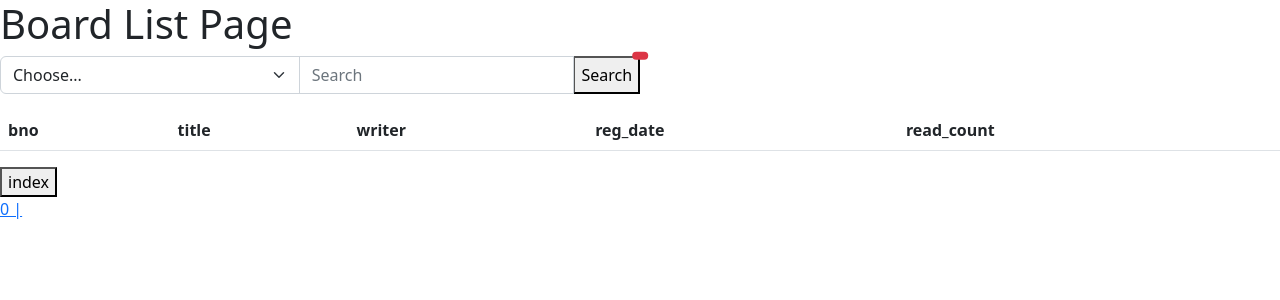
Repository: dhalfks/jsp_230602
Page: http://localhost/jsp_project/board/list.jsp
The author's editor kept a copy of each file at every save. The page is drawn from the files as they stood at one save, then again after the next save.
The browser window is 1280 px wide. The pictures show the whole page.
The page is served by Tomcat 9. The template is opened directly, without the code that normally fills it, so the values that code supplies are empty.

Above is the page before, as saved 2023-05-24 06:13:14.

After the next save:
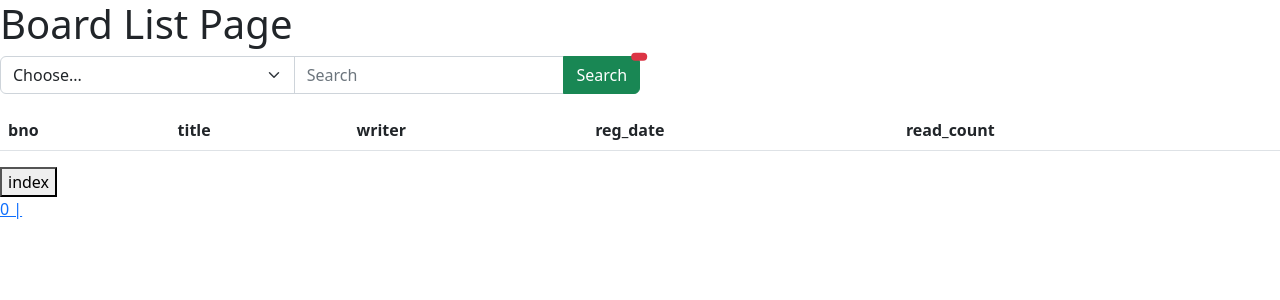
Saved 50 s later.
--- a/jsp_project2/jsp_project/src/main/webapp/board/list.jsp
+++ b/jsp_project2/jsp_project/src/main/webapp/board/list.jsp
@@ -31,7 +31,7 @@
 		<input class="form-control" type="text" name="keyword" placeholder="Search">
 		<input type="hidden" name="pageNo" value="${pgh.pgvo.pageNo }">
 		<input type="hidden" name="qty" value="${pgh.pgvo.qty }">
-		<button type="submit">Search
+		<button type="submit" class="btn btn-success position-relative">Search
 		<span class="position-absolute top-0 start-100 translate-middle badge rounded-pill bg-danger">
     		${pgh.totalCount }
     		<span class="visually-hidden">unread messages</span></span>
